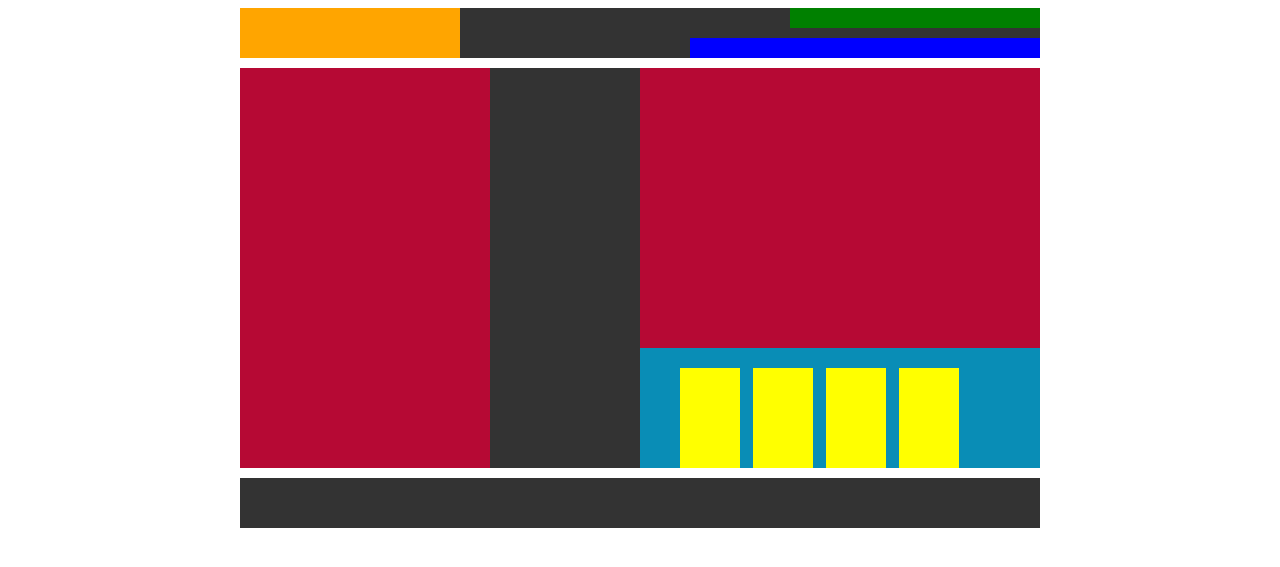
Repository: Tdaine/node
Page: css/code/floatWebLayout.html
The author's editor kept a copy of each file at every save. The page is drawn from the files as they stood at one save, then again after the next save.
The browser window is 1280 px wide. The pictures show the whole page.

Above is the page before, as saved 2021-04-28 15:43:06.

### css/code/floatWebLayout.html
<!DOCTYPE html>
<html lang="en">
<head>
  <meta charset="UTF-8">
  <meta http-equiv="X-UA-Compatible" content="IE=edge">
  <meta name="viewport" content="width=device-width, initial-scale=1.0">
  <title>Document</title>
  <style>
    header{
      width: 800px;
      height: 50px;
      margin: 0 auto;
      background-color: #333;
    }
    .content{
      width: 800px;
      height: 400px;
      margin: 10px auto;
      background-color: #333;
    }
    footer{
      width: 800px;
      height: 50px;
      margin: 0 auto;
      background-color: #333;
    }
    header .logo{
      width: 220px;
      height: 50px;
      float: left;
      background-color: orange;
    }
    header .login{
      width: 250px;
      height: 20px;
      float: right;
      background-color: green;
    }
    nav{
      width: 350px;
      height: 20px;
      float: right;
      margin-top: 10px;
      background-color: blue;
    }

    .content .ad{
      width: 250px;
      height: 400px;
      float: left;
      background-color: #b60934;
    }
    .content main{
      width: 400px;
      height: 400px;
      float: right;
      background-color: rgb(9, 141, 182);
    }
    .content main .banner{
      width: 400px;
      height: 280px;
      background-color: #b60934;
    }
    .content main .pics{
      width: 400px;
      height: 100px;
      margin-top: 20px;
    }
    .content main .pics ul{
      list-style: none;
    }
    .content main .pics ul li{
      float: left;
      width: 60px;
      height: 100px;
      background-color: yellow;
      margin-right: 13px;
    }

  </style>
</head>
<body>
  <header>
    <div class="logo"></div>
    <div class="login"></div>
    <nav></nav>
  </header>
  <section class="content">
    <aside class="ad"></aside>
    <main>
      <div class="banner"></div>
      <div class="pics">
        <ul>
          <li></li>
          <li></li>
          <li></li>
          <li></li>
        </ul>
      </div>
    </main>
  </section>
  <footer>

  </footer>
</body>
</html>

After the next save:
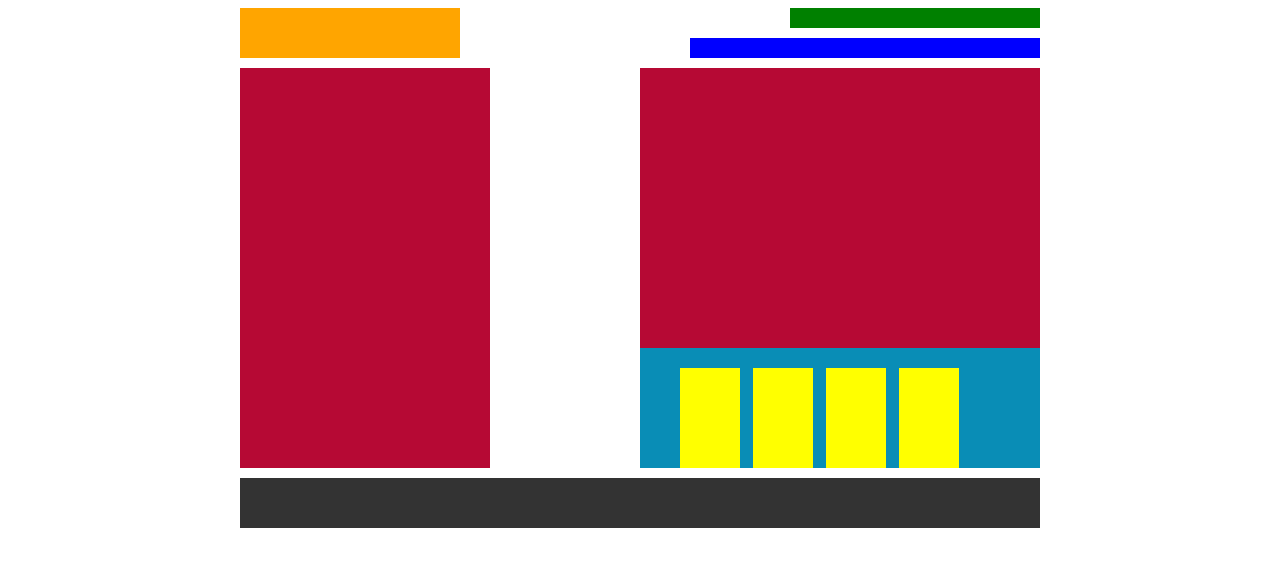
Saved 48 s later.
--- a/css/code/floatWebLayout.html
+++ b/css/code/floatWebLayout.html
@@ -10,13 +10,11 @@
       width: 800px;
       height: 50px;
       margin: 0 auto;
-      background-color: #333;
     }
     .content{
       width: 800px;
       height: 400px;
       margin: 10px auto;
-      background-color: #333;
     }
     footer{
       width: 800px;
